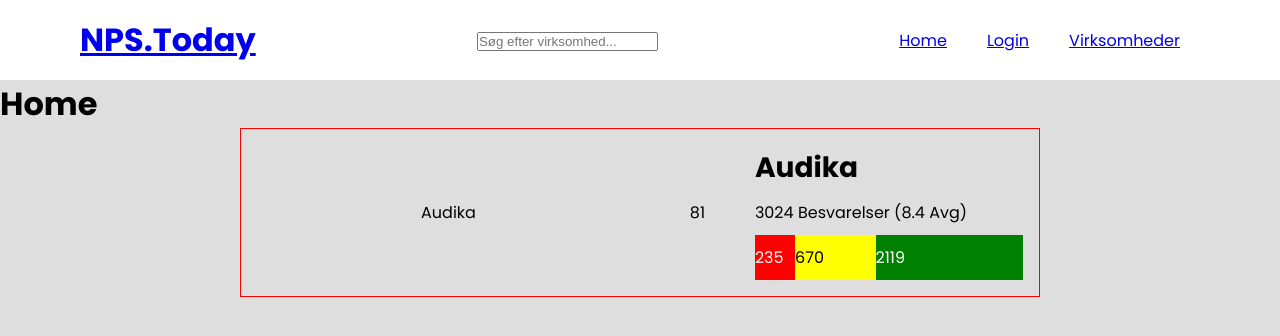
Repository: Shaydx/reviews
Page: /
An editor plug-in stored every save of this project. The page is shown before and after the next save, followed by the edit.
The browser window is 1280 px wide. The pictures show the whole page.
The project was rebuilt for these pictures with package versions that can differ from the ones it lists, and the page was loaded fresh each time.

Above is the page before, as saved 2020-10-13 16:37:52.

After the next save:
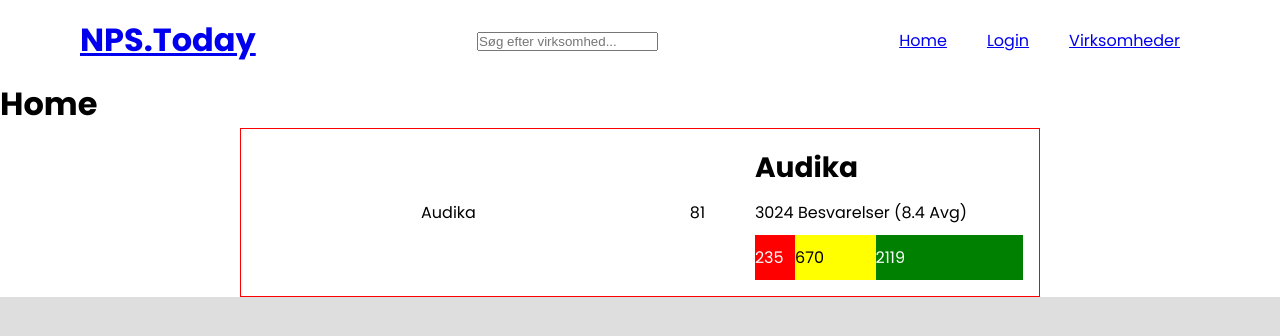
Saved 12 s later.
--- a/src/assets/base/_global.scss
+++ b/src/assets/base/_global.scss
@@ -1,2 +1,3 @@
 .content-wrapper {
+  background: $white;
 }
